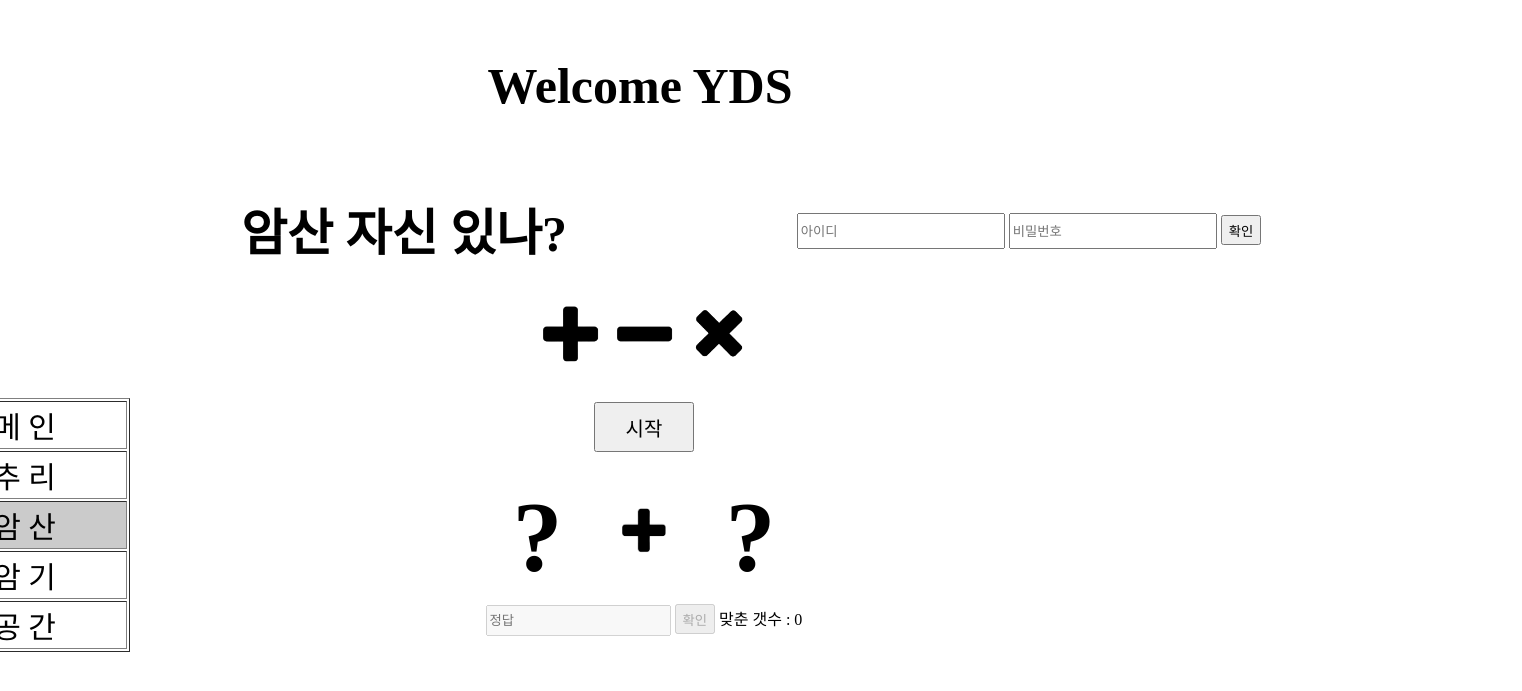
Repository: ejrtn/springbootMaven
Page: deoksu/src/main/resources/static/math.html
An editor plug-in stored every save of this project. The page is shown before and after the next save, followed by the edit.
The browser window is 1280 px wide. The page is 1280 px wide, then 1522 px, so the pictures cover 1522 px, including what lies to the right of the window. The pictures show the whole page.

Above is the page before, as saved 2021-04-10 08:55:36.

### deoksu/src/main/resources/static/math.html
<!DOCTYPE html>
<html>
<head>
<meta charset="UTF-8">
<title>Insert title here</title>
<style type="text/css">
	.Arithmetic {width: 55px; height: 55px; margin:50px 50px 13px 50px;}
	.number {font-size: 100px;}
	.Arithmetic_button {width: 70px; height: 70px; cursor: pointer;}
	.timer {width: 100px; height: 50px; margin-top: 30px; font-size: 20px;}
	.result_text {height: 25px; margin-top: 10px; margin-bottom: 10px;}
	.result_button {height: 30px; margin-top: 10px; margin-bottom: 10px;}
</style>
<script  src="http://code.jquery.com/jquery-latest.min.js"></script>
<script type="text/javascript">
	var Arithmetic_type ='plus'
	var ok_cnt=0;
	var cnt=1
	var sec=10
	function number_in() {
		$.ajax({
			url: "number",
			type: 'POST',
			data : {'cnt':cnt},
			success: function(data){
				number = data.split(",")
				$("#number1").text(number[0])
				$("#number2").text(number[1])
			},
			error: function(error){

			}
		});
	}
	function Arithmetic(x) {
		Arithmetic_type=x
		if(x=='plus'){
			$("#Arithmetic").attr("src","images/"+x+".png")
		}else if(x=='minus'){
			$("#Arithmetic").attr("src","images/"+x+".png")
		}else{
			$("#Arithmetic").attr("src","images/"+x+".png")
		}
	}
	function result() {
		num1=Number($("#number1").text())
		num2=Number($("#number2").text())
		var result=0
		if(Arithmetic_type=='plus'){
			result=num1+num2
		}else if(Arithmetic_type=='minus'){
			result=num1-num2
		}else{
			result=num1*num2
		}
		if(result==$("#result").val()){
			$("#all_cnt").text(""+(Number($("#all_cnt").text())+1))
			sec=10;
			ok_cnt++;
			if(ok_cnt==9){
				cnt++;
				ok_cnt=0
			}
			number_in();
		}
		$("#result").val("")
	}
	function timer() {
		number_in();
		$("#time").css("color","red")
		$("#time").val(sec+"초")
		$("#result_btn").removeAttr("disabled")
		$("#result").removeAttr("disabled")
		var x = setInterval(function() {
			sec--;
			$("#time").val(sec+"초")
			if(sec<0){
				clearInterval(x)
				$("#time").css("color","black")
				$("#time").val("종료")
				$("#result_btn").attr("disabled","disabled")
				$("#result").attr("disabled","disabled")
				var zz=5
				var xx = setInterval(function() {
					zz--;
					if(zz<0){
						clearInterval(xx)
						sec=10;
						$("#time").val("시작")
					}
				},1000);
			}
		},1000);

	}
	function enterkey() {
        if (window.event.keyCode == 13) {
        	result();
        }
	}
</script>
</head>
<body>
	<div align="center" style="margin-top: 20px;">
		<table>
			<tr>
				<td>
					<h1 align="center" style="font-size: 50px; width: 350px; height:66px;">Welcome YDS</h1>
				</td>
			</tr>
		</table>
		<div style="display: flex; flex: row; margin: 0 auto; width: 1250px;">

			<h1 align="center"  style="font-size: 50px; width: 400px; margin-left: 200px; margin-right: 200px;">
				암산 자신 있나?
			</h1>
			<div align="center" style="width: 500px; margin-top: 54px;">
				<input type="text" placeholder="아이디" style="height: 30px; width: 200px;">
				<input type="text" placeholder="비밀번호" style="height: 30px; width: 200px;">
				<input type="button" value="확인" style="height: 30px;">
			</div>
		</div>

		<div style="display: flex; flex: row; margin: 0 auto; width: 729px;">
			<table border="1" style="margin-top: 100px; margin-left: -356px; margin-right: 356px;">
				<tr><td style="font-size: 30px; width: 200px;" align="center">메 인</td></tr>
				<tr><td style="font-size: 30px; width: 200px;" align="center">추 리</td></tr>
				<tr><td style="font-size: 30px; width: 200px; background-color: #9e9e9e87;" align="center">암 산</td></tr>
				<tr><td style="font-size: 30px; width: 200px;" align="center">암 기</td></tr>
				<tr><td style="font-size: 30px; width: 200px;" align="center">공 간</td></tr>
			</table>
			<div>
				<div align="center">
					<img class="Arithmetic_button" src="images/main_img/plus.png" onclick="Arithmetic('plus')" alt="">
					<img class="Arithmetic_button" src="images/main_img/minus.png" onclick="Arithmetic('minus')">
					<img class="Arithmetic_button" src="images/main_img/multiplication.png" onclick="Arithmetic('multiplication')">
				</div>
				<div align="center" >
					<input type="button" class="timer" value="시작" id="time" onclick="timer()">
				</div>
				<div align="center">
					<b class="number" id='number1'>?</b>
					<img src="images/plus.png" class="Arithmetic" id="Arithmetic">
					<b class="number" id='number2'>?</b>
				</div>
				<div align="center">
					<input type='text' class='result_text' placeholder="정답" id='result' disabled="disabled" onkeyup="enterkey()">
					<input type="button" value='확인' onclick='result()'  class='result_button' disabled="disabled" id="result_btn">
					<label>맞춘 갯수 : </label><label id='all_cnt'>0</label>
				</div>
			</div>
		</div>
	</div>

</body>
</html>

After the next save:
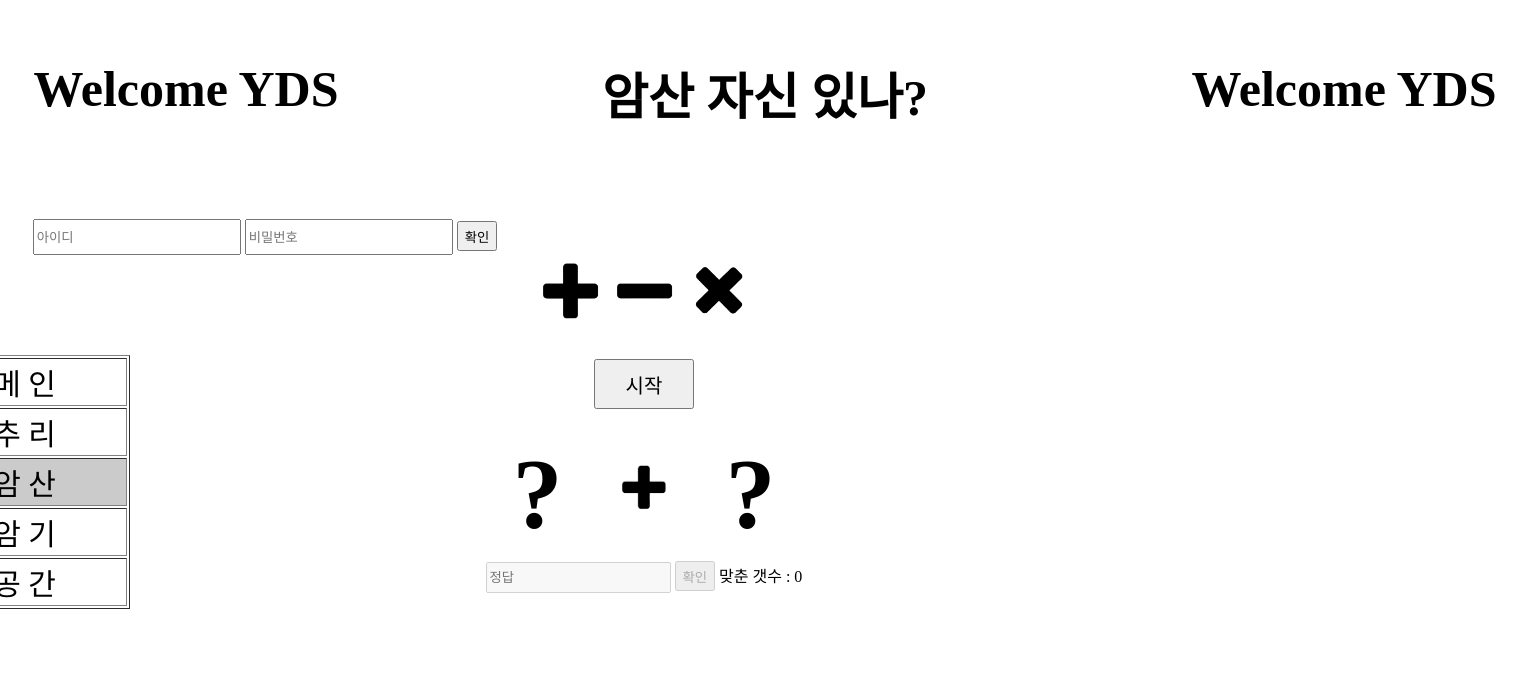
Saved 17 s later.
--- a/deoksu/src/main/resources/static/math.html
+++ b/deoksu/src/main/resources/static/math.html
@@ -107,13 +107,17 @@
 				<td>
 					<h1 align="center" style="font-size: 50px; width: 350px; height:66px;">Welcome YDS</h1>
 				</td>
+				<td>
+					<h1 align="center"  style="font-size: 50px; width: 400px; margin-left: 200px; margin-right: 200px;">암산 자신 있나?</h1>
+				</td>
+				<td>
+					<h1 align="center" style="font-size: 50px; width: 350px; height:66px;">Welcome YDS</h1>
+				</td>
 			</tr>
 		</table>
 		<div style="display: flex; flex: row; margin: 0 auto; width: 1250px;">
 
-			<h1 align="center"  style="font-size: 50px; width: 400px; margin-left: 200px; margin-right: 200px;">
-				암산 자신 있나?
-			</h1>
+
 			<div align="center" style="width: 500px; margin-top: 54px;">
 				<input type="text" placeholder="아이디" style="height: 30px; width: 200px;">
 				<input type="text" placeholder="비밀번호" style="height: 30px; width: 200px;">
